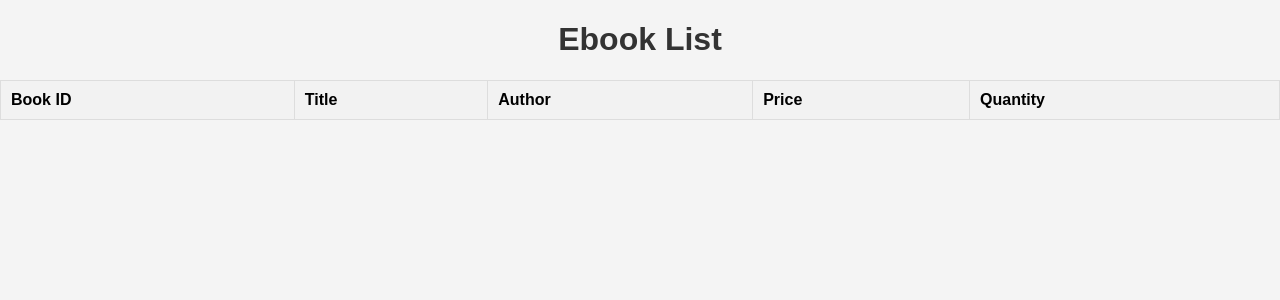
Repository: Anuj1718/WT-Laboratory
Page: Practical 5/EbookShop/src/main/webapp/index.html
These files come from the project's save history. The page is drawn as it stood at one moment and after the next save; the edit follows.
The browser window is 1280 px wide. The pictures show the whole page.

Above is the page before, as saved 2025-04-23 17:00:38.

### Practical 5/EbookShop/src/main/webapp/index.html
<!DOCTYPE html>
<html lang="en">
<head>
    <meta charset="UTF-8">
    <meta name="viewport" content="width=device-width, initial-scale=1.0">
    <title>Ebook List</title>
    <link rel="stylesheet" href="style.css">
</head>
<body>
    <h1>Ebook List</h1>
    <table id="ebookTable">
        <thead>
            <tr>
                <th>Book ID</th>
                <th>Title</th>
                <th>Author</th>
                <th>Price</th>
                <th>Quantity</th>
            </tr>
        </thead>
        <tbody id="bookData">
            <!-- Book data will be dynamically inserted here -->
        </tbody>
    </table>
</body>
</html>

### Practical 5/EbookShop/src/main/webapp/style.css
body {
    font-family: Arial, sans-serif;
    background-color: #f4f4f4;
    margin: 0;
    padding: 0;
}

.container {
    width: 80%;
    margin: 50px auto;
    padding: 20px;
    background-color: #fff;
    box-shadow: 0 4px 8px rgba(0, 0, 0, 0.1);
}

h1 {
    text-align: center;
    color: #333;
}

table {
    width: 100%;
    border-collapse: collapse;
    margin-top: 20px;
}

th, td {
    padding: 10px;
    text-align: left;
    border: 1px solid #ddd;
}

th {
    background-color: #f2f2f2;
}

tr:nth-child(even) {
    background-color: #f9f9f9;
}

After the next save:
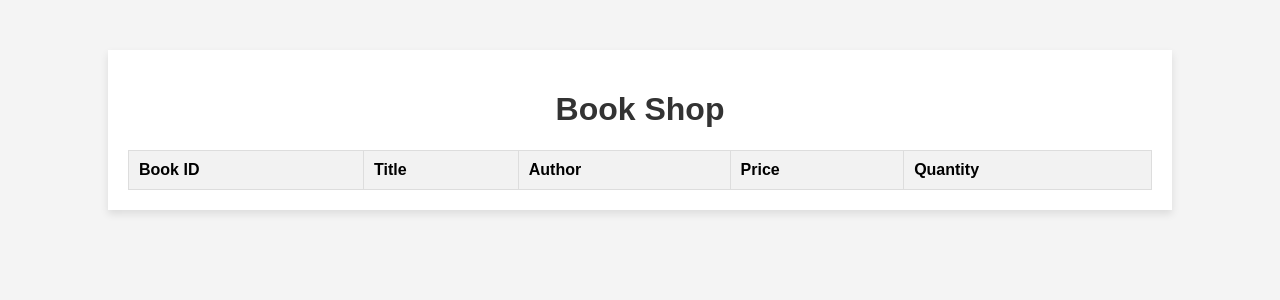
Saved 23 s later.
--- a/Practical 5/EbookShop/src/main/webapp/index.html
+++ b/Practical 5/EbookShop/src/main/webapp/index.html
@@ -3,24 +3,26 @@
 <head>
     <meta charset="UTF-8">
     <meta name="viewport" content="width=device-width, initial-scale=1.0">
-    <title>Ebook List</title>
+    <title>Book Shop</title>
     <link rel="stylesheet" href="style.css">
 </head>
 <body>
-    <h1>Ebook List</h1>
-    <table id="ebookTable">
-        <thead>
-            <tr>
-                <th>Book ID</th>
-                <th>Title</th>
-                <th>Author</th>
-                <th>Price</th>
-                <th>Quantity</th>
-            </tr>
-        </thead>
-        <tbody id="bookData">
-            <!-- Book data will be dynamically inserted here -->
-        </tbody>
-    </table>
+    <div class="container">
+        <h1>Book Shop</h1>
+        <table>
+            <thead>
+                <tr>
+                    <th>Book ID</th>
+                    <th>Title</th>
+                    <th>Author</th>
+                    <th>Price</th>
+                    <th>Quantity</th>
+                </tr>
+            </thead>
+            <tbody id="bookData">
+                <!-- Data will be inserted here dynamically by the servlet -->
+            </tbody>
+        </table>
+    </div>
 </body>
 </html>
